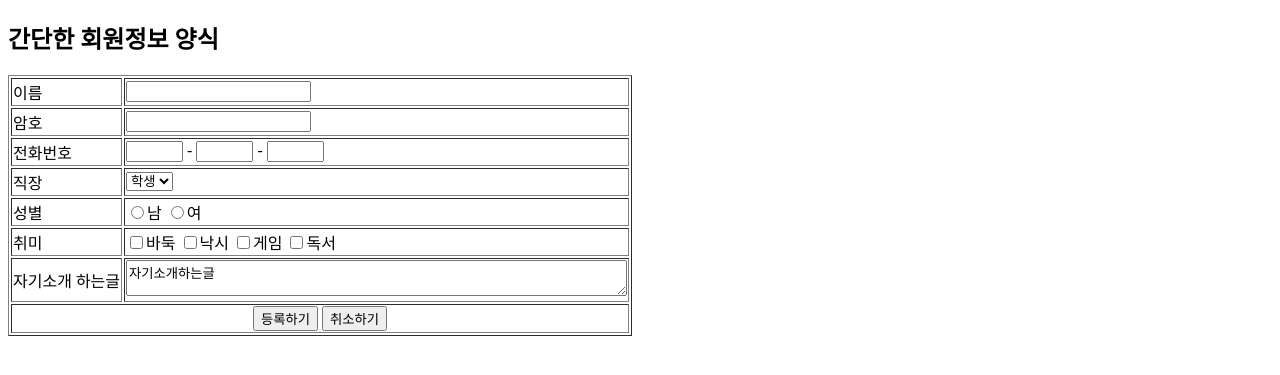
Repository: chlguswns1/web-practice
Page: javaScript/src/main/webapp/quiz.html
The author's editor kept a copy of each file at every save. The page is drawn from the files as they stood at one save, then again after the next save.
The browser window is 1280 px wide. The pictures show the whole page.

Above is the page before, as saved 2023-03-10 02:09:41.

After the next save:
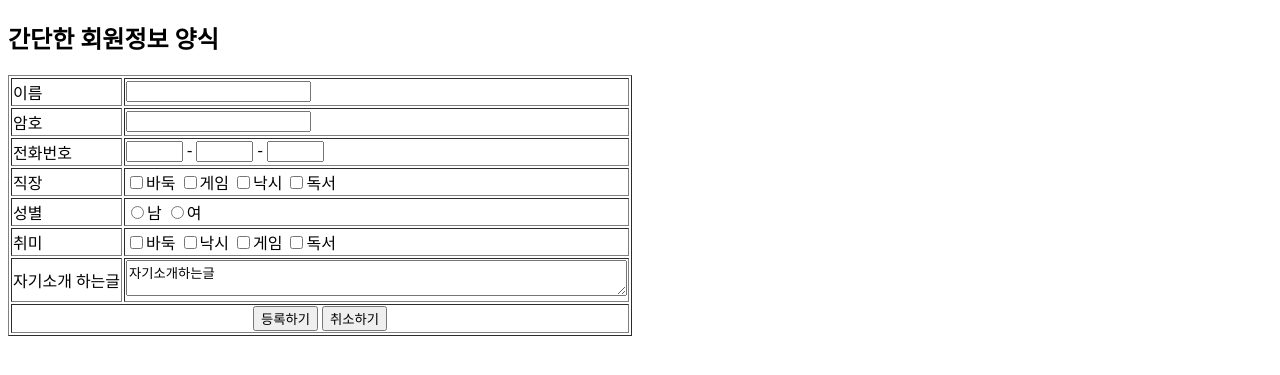
Saved 87 s later.
--- a/javaScript/src/main/webapp/quiz.html
+++ b/javaScript/src/main/webapp/quiz.html
@@ -38,11 +38,10 @@ temp = input;
 		<tr>
 			<td>직장</td>
 			<td>
-				<select id="sel" >
-					<option>학생</option>
-					<option>직장</option>
-					<option>주부</option>
-				</select>
+			<input type="checkbox" name="hobby1" value="바둑" />바둑
+			<input type="checkbox" name="hobby2" value="게임" />게임
+			<input type="checkbox" name="hobby3" value="낙시" />낙시
+			<input type="checkbox" name="hobby4" value="독서" />독서
 			</td>
 		</tr>
 
